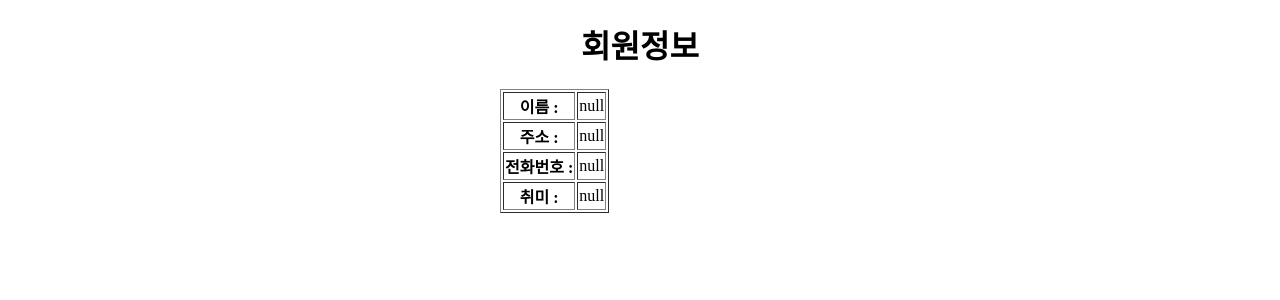
Repository: nameisris/jsp_workspace
Page: http://localhost/JspProject/memRegSuccess.jsp
The author's editor kept a copy of each file at every save. The page is drawn from the files as they stood at one save, then again after the next save.
The browser window is 1280 px wide. The pictures show the whole page.
The page is served by Tomcat 9. Other server files are loaded and not shown.

Above is the page before, as saved 2023-09-19 05:33:32.

### JspProject/src/main/webapp/memRegSuccess.jsp
<%@ page language="java" contentType="text/html; charset=UTF-8"
    pageEncoding="UTF-8"%>
<!DOCTYPE html>
<html>
<head>
<meta charset="UTF-8">
<title>Insert title here</title>
<style type="text/css">
	body { margin: auto; }
	div {
		width: 280px;
		margin: auto;
	}
	h1 { text-align: center; }
</style>
</head>
<body>
<div>
	<h1>회원정보</h1>
	<table border="1">
		<tr><th>이름 : </th><td><%=request.getParameter("name") %></td></tr>
		<tr><th>주소 : </th><td><%=request.getParameter("address") %></td></tr>
		<tr><th>전화번호 : </th><td><%=request.getParameter("tel") %></td></tr>
		<tr><th>취미 : </th><td><%=request.getParameter("hobby") %></td></tr>
	</table>
</div>
</body>
</html>

After the next save:
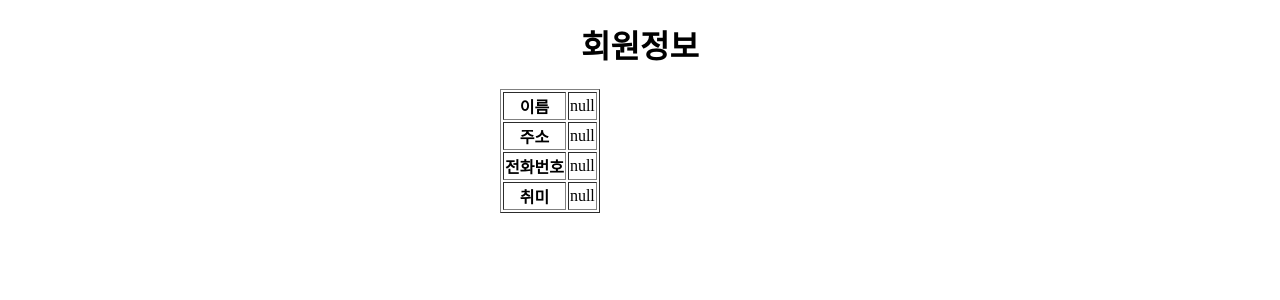
Saved 95 s later.
--- a/JspProject/src/main/webapp/memRegSuccess.jsp
+++ b/JspProject/src/main/webapp/memRegSuccess.jsp
@@ -18,10 +18,10 @@
 <div>
 	<h1>회원정보</h1>
 	<table border="1">
-		<tr><th>이름 : </th><td><%=request.getParameter("name") %></td></tr>
-		<tr><th>주소 : </th><td><%=request.getParameter("address") %></td></tr>
-		<tr><th>전화번호 : </th><td><%=request.getParameter("tel") %></td></tr>
-		<tr><th>취미 : </th><td><%=request.getParameter("hobby") %></td></tr>
+		<tr><th>이름</th><td><%=request.getParameter("name") %></td></tr>
+		<tr><th>주소</th><td><%=request.getParameter("address") %></td></tr>
+		<tr><th>전화번호</th><td><%=request.getParameter("tel") %></td></tr>
+		<tr><th>취미</th><td><%=request.getParameter("hobby") %></td></tr>
 	</table>
 </div>
 </body>
